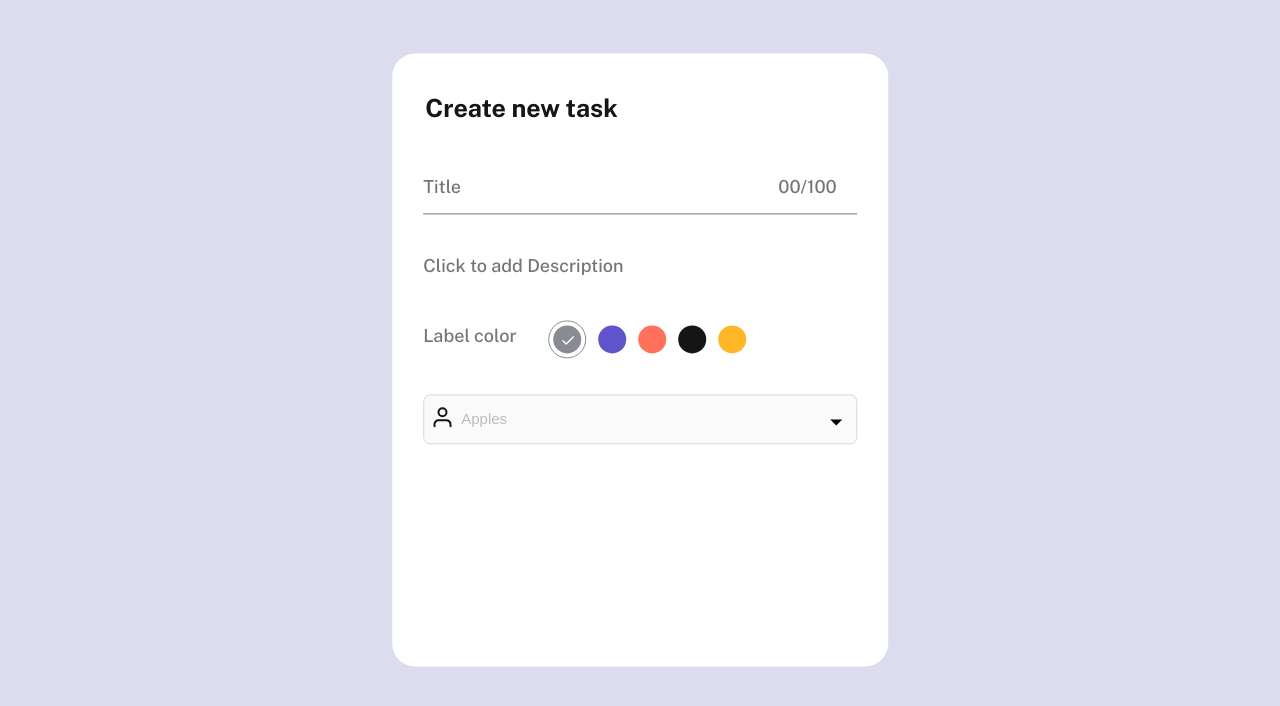
Repository: MorgunovaAlexandra/verstka-form
Page: index.html
These files come from the project's save history. The page is drawn as it stood at one moment and after a run of saves; the edit follows.
The browser window is 1280 px wide. The pictures show the whole page.
The style sheet was rebuilt from its Sass, Less or Tailwind sources for each picture, by a compiler version that may differ from the author's.

Above is the page before, as saved 2022-06-24 14:55:53.

After the next 2 saves:
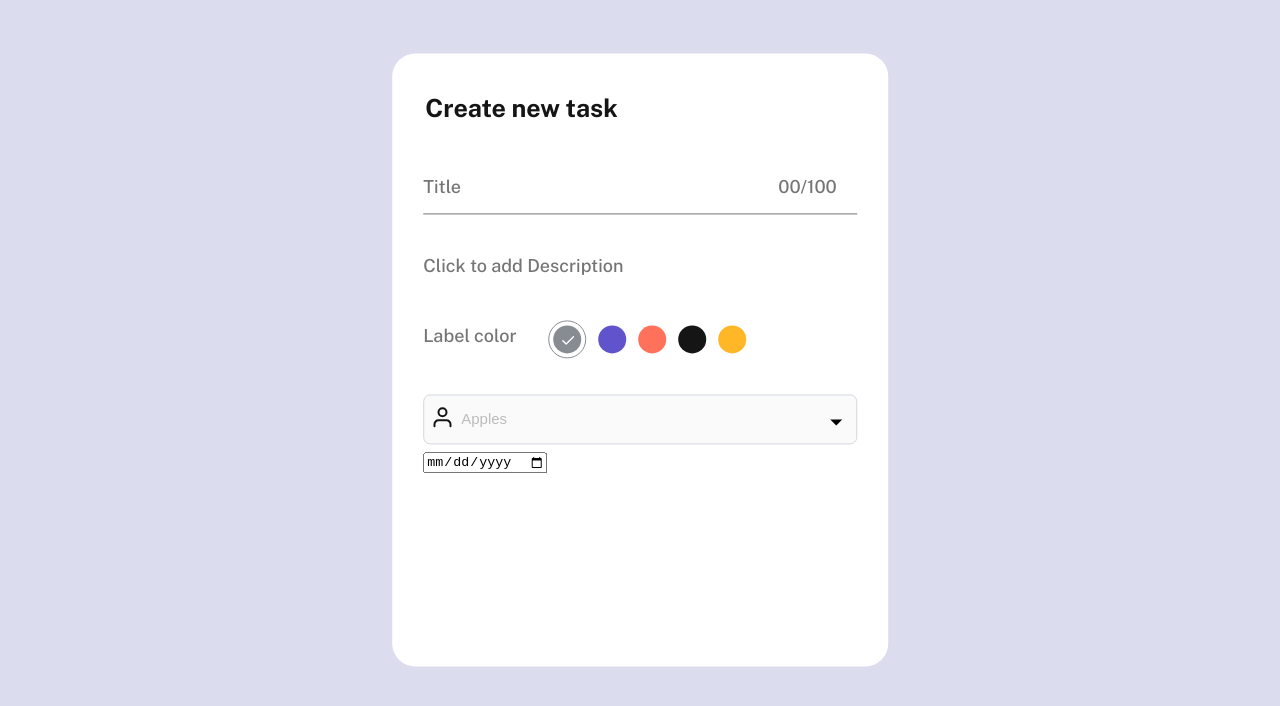
The 2 saves are shown as one change because they came seconds apart.
The last was saved 9 s later.
--- a/index.html
+++ b/index.html
@@ -45,7 +45,7 @@
                   </div>
               </div>
               <div class="form-field__date">
-
+                <input type="date">
               </div>
               </div>
            </div>
